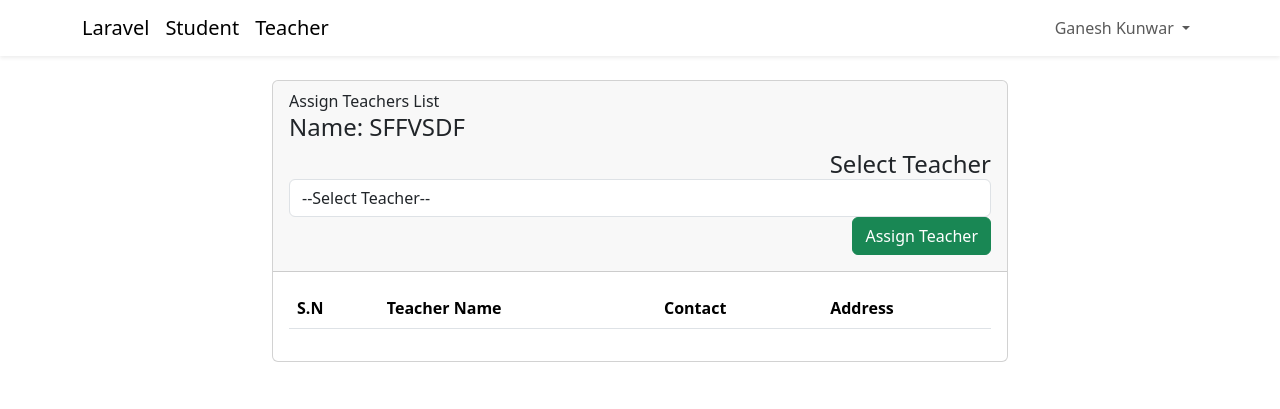
Repository: kunwarganesh07/Example
Page: http://localhost/assign/teachers/4
The author's editor kept a copy of each file at every save. The page is drawn from the files as they stood at one save, then again after the next save.
The browser window is 1280 px wide. The pictures show the whole page.
The page is served by the project's Laravel application, run on PHP 8.4 with Laravel 12. The first stored user is signed in. The database holds what the project's SQL file puts in it.

Above is the page before, as saved 2025-11-19 14:53:28.

After the next save:
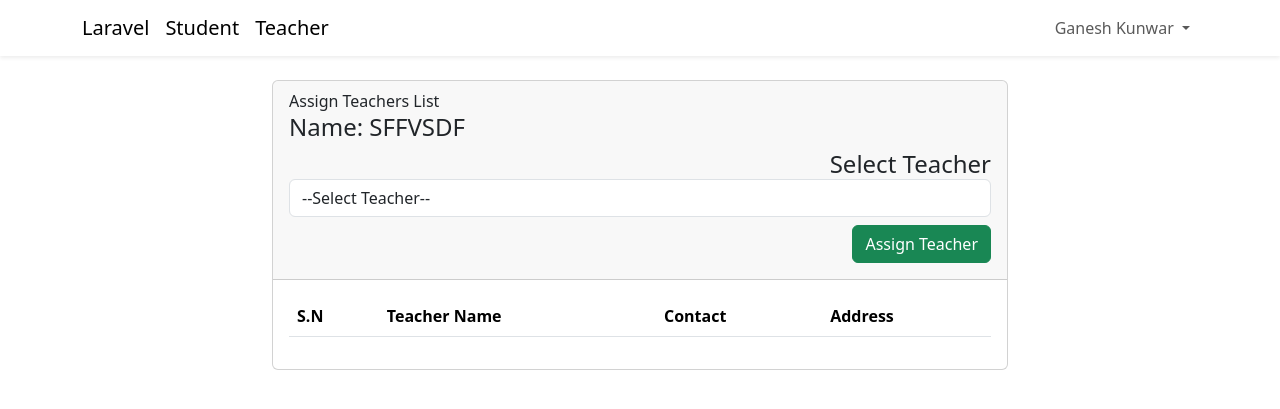
Saved 5 s later.
--- a/resources/views/student/assignteacher.blade.php
+++ b/resources/views/student/assignteacher.blade.php
@@ -19,7 +19,7 @@
                                         @endforeach
                                     </Select>
 
-                                    <button type="submit" class="btn btn-success">Assign Teacher</button>
+                                    <button type="submit" class="btn btn-success mt-2">Assign Teacher</button>
                                 </div>
                             </form>
                         </h4>
